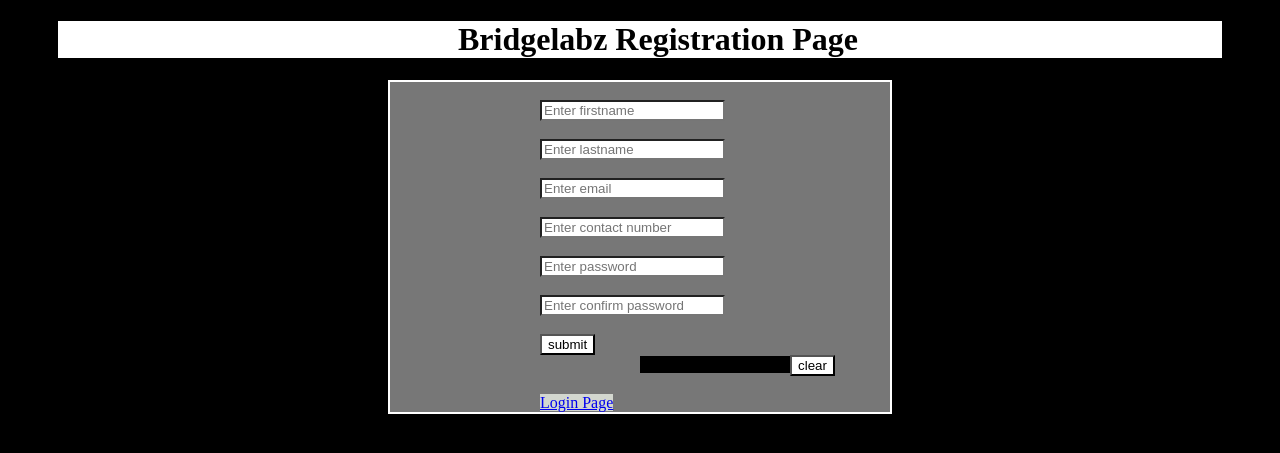
Repository: MarkFernandes11/Advanced-Java
Page: http://localhost/Login/register.jsp
An editor plug-in stored every save of this project. The page is shown before and after the next save, followed by the edit.
The browser window is 1280 px wide. The pictures show the whole page.
The page is served by Tomcat 9. Other server files are loaded and not shown.

Above is the page before, as saved 2019-09-26 11:23:34.

### Login/WebContent/register.jsp
<%@ page language="java" contentType="text/html; charset=UTF-8"
    pageEncoding="UTF-8"%>
<!DOCTYPE html>
<html>
<head>
<meta charset="UTF-8">
<title>Registration Page</title>
<link rel="stylesheet" type="text/css" href="stylesheet.css">
</head>
<body>

	<header>
			<h1>Bridgelabz Registration Page</h1>
	</header>
	<form action="RegistrationServlet" method = "post">
		<br>
		<input type="text" placeholder="Enter firstname" name="firstname" required>
		<!--pattern="^A-Za-z$"-->
		<br><br>
		<input type="text" placeholder="Enter lastname" name="lastname">
		<br><br>
		<input type="email" placeholder="Enter email" name="email" required>
		<br><br>
		<input type="number" placeholder="Enter contact number" name="contactNumber" required>
		<br><br>
		<input type="password" placeholder="Enter password" name="password" required>
		<br><br>
		<input type="password" placeholder="Enter confirm password" name="confirmPassword" required>
		<br><br>
		<input type="submit" value = "submit"> <span><input type="reset" value = "clear"></span>
		<br><br>
		<a href="login.jsp">Login Page</a>
	</form>

</body>
</html>

### Login/WebContent/stylesheet.css
@charset "UTF-8";

*{
	background-color: #000;
}

body{

}

form{
	border: 2px solid #fff;
	background-color: #777;
	width: 500px;
	margin-left: auto;
	margin-right: auto;
}

header{
	margin-left: auto;
	margin-right: auto;
}

h1{

	background-color: #fff;
	padding-left: 400px;
	padding-right: auto;
	margin-left: 50px;
	margin-right: 50px;
}

input {
	background-color: #fff;
	margin-left: 150px;
}

span{
	margin-left: 250px;
}


a{
	background-color: #d3d7cf;
	margin-left: 150px;

}

After the next save:
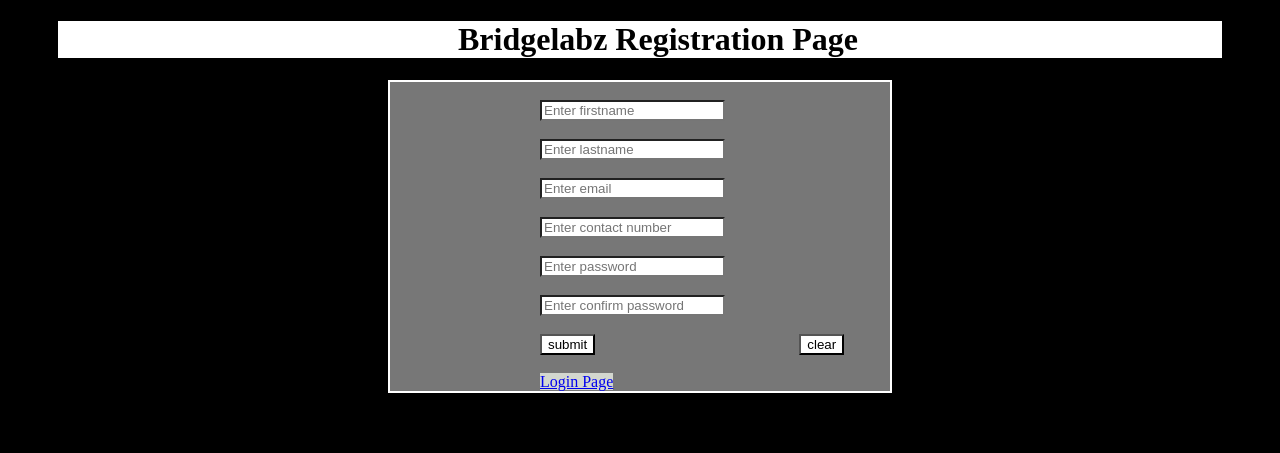
Saved 30 s later.
--- a/Login/WebContent/stylesheet.css
+++ b/Login/WebContent/stylesheet.css
@@ -36,7 +36,8 @@
 }
 
 span{
-	margin-left: 250px;
+	background-color: #777;
+	margin-left: 50px;
 }
 
 
